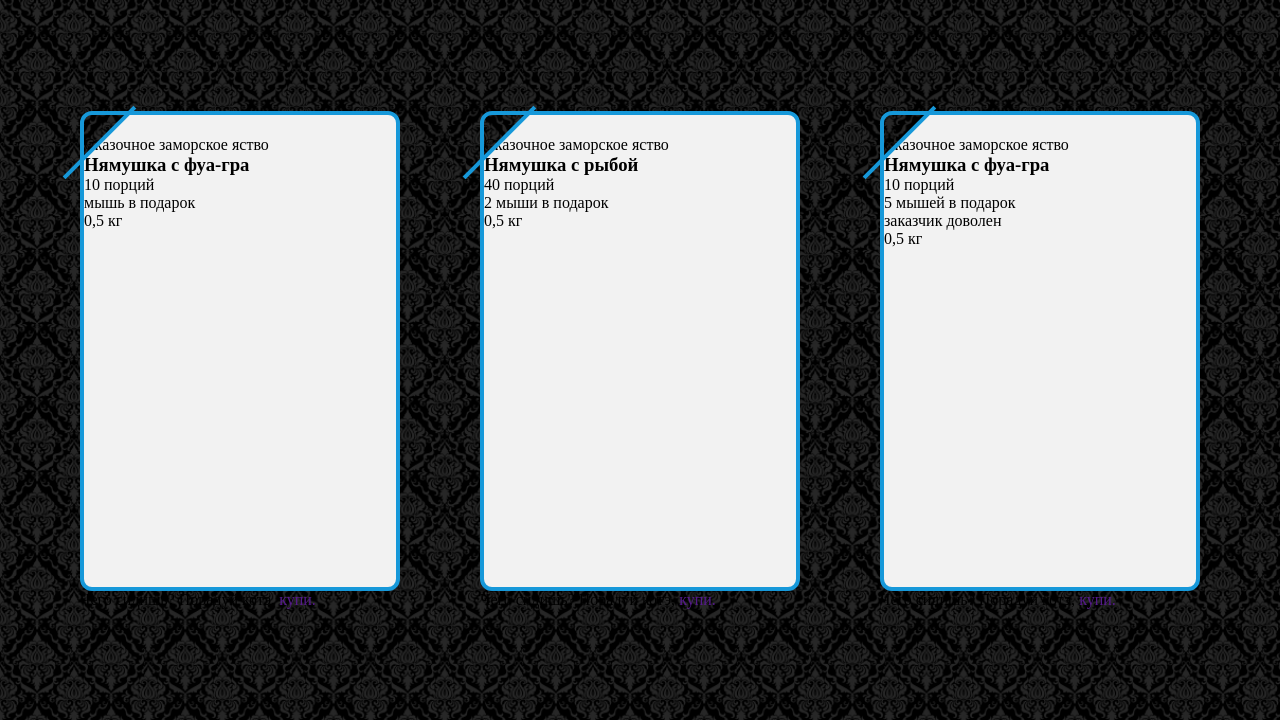
Repository: acbukka/tech-qt
Page: index.html
An editor plug-in stored every save of this project. The page is shown before and after the next save, followed by the edit.
The browser window is 1280 px wide. The pictures show the whole page.

Above is the page before, as saved 2022-06-17 16:56:59.

### index.html
<!DOCTYPE html>
<html lang="en">

<head>
  <meta charset="UTF-8">
  <meta http-equiv="X-UA-Compatible" content="IE=edge">
  <meta name="viewport" content="width=device-width, initial-scale=1.0">
  <title>Template</title>
  <link rel="stylesheet" href="./src/style.css">
</head>

<body class="body">

  <main class="main">
    <div class="container">
      <div class="cards-wrapper">

        <div class="card-inner">
          <div class="card-item">
            <p class="card-item__pre-title">
              Сказочное заморское яство
            </p>
            <h3 class="card-item__title">
              Нямушка
              <span class="card-item__title-span">
                с фуа-гра
              </span>
            </h3>
            <ul class="card-item__pref-list">
              <li class="card-item__pref">
                <span class="card-item__pref-span">10</span> порций
              </li>
              <li class="card-item__pref">
                <span class="card-item__pref-span"></span>мышь в подарок
              </li>
            </ul>
            <div class="card-item__price">0,5 кг</div>
          </div>
          <p class="card-inner__info">
            Чего сидишь? Порадуй котэ, <a href="" class="card-inner__info-link">купи.</a>
          </p>
        </div>

        <div class="card-inner">
          <div class="card-item">
            <p class="card-item__pre-title">
              Сказочное заморское яство
            </p>
            <h3 class="card-item__title">
              Нямушка
              <span class="card-item__title-span">
                с рыбой
              </span>
            </h3>
            <ul class="card-item__pref-list">
              <li class="card-item__pref">
                <span class="card-item__pref-span">40</span> порций
              </li>
              <li class="card-item__pref">
                <span class="card-item__pref-span">2</span> мыши в подарок
              </li>
            </ul>
            <div class="card-item__price">0,5 кг</div>
          </div>
          <p class="card-inner__info">
            Чего сидишь? Порадуй котэ, <a href="" class="card-inner__info-link">купи.</a>
          </p>
        </div>

        <div class="card-inner">
          <div class="card-item">
            <p class="card-item__pre-title">
              Сказочное заморское яство
            </p>
            <h3 class="card-item__title">
              Нямушка
              <span class="card-item__title-span">
                с фуа-гра
              </span>
            </h3>
            <ul class="card-item__pref-list">
              <li class="card-item__pref">
                <span class="card-item__pref-span">10</span> порций
              </li>
              <li class="card-item__pref">
                <span class="card-item__pref-span">5</span> мышей в подарок
              </li>
              <li class="card-item__pref">
                заказчик доволен
              </li>
            </ul>
            <div class="card-item__price">0,5 кг</div>
          </div>
          <p class="card-inner__info">
            Чего сидишь? Порадуй котэ, <a href="" class="card-inner__info-link">купи.</a>
          </p>
        </div>

      </div>
    </div>
  </main>

</body>

</html>

### src/style.css
html {
  -webkit-box-sizing: border-box;
  box-sizing: border-box;
  scroll-behavior: smooth;
}

*,
*::after,
*::before {
  -webkit-box-sizing: inherit;
  box-sizing: inherit;
  -webkit-tap-highlight-color: transparent;
}

ul[class],
ol[class] {
  padding: 0;
}

body,
h1,
h2,
h3,
h4,
h5,
h6,
p,
ul[class],
ol[class],
li,
figure,
figcaption,
blockquote,
dl,
dd {
  margin: 0;
}

ul[class] {
  list-style: none;
}

img {
  max-width: 100%;
  display: block;
}

input,
button,
textarea,
select {
  font: inherit;
}

a {
  text-decoration: none;
}

.body {
  background-image: url(../assets/Pattern.jpg);
  background-repeat: no-repeat;
  background-size: cover;
}

.main {
  height: 100vh;
  display: flex;
  align-items: center;
}

.container {
  margin-top: 50%;
  max-width: 1120px;
  margin: 0 auto;
}

.cards-wrapper {
  width: 1120px;
  display: flex;
  justify-content: space-between;
}

.card-item {
  /* overflow: hidden; */
  position: relative;
  display: block;
  width: 320px;
  height: 480px;
  background-color: #F2F2F2;
  border-top-left-radius: 20% 10%;
  /* border-bottom-left-radius: 20%; */
  border: 4px solid #1698D9;
  /* border-top-left-radius: 4px ; */
  /* border-left: 20px solid #1698D9; */
  border-radius: 12px;
  background: linear-gradient(-225deg, transparent 30px, #F2F2F2 0);
}

.card-item::before {
  /* z-index: 999; */
  /* background-image: url(../assets/Pattern.jpg); */
  content: "";
  position: absolute;
  width: 110px;
  height: 100px;
  /* background: transparent; */
  overflow: hidden;
  left: -24.69%;
  right: 85.8%;
  top: -12.77%;
  bottom: 88.32%;
  border-right: 4px solid #1698D9;
  transform:  rotate(45deg);
}
/* .card-item::before {
  overflow: hidden;
  content: "";
  position: absolute;
  width: 110px;
  height: 100px;
  background: #F2F2F2;
  overflow: hidden;
  left: 0.31%;
  right: 85.8%;
  top: 3.23%;
  bottom: 88.32%;
  border-left: 4px solid #1698D9;
  transform:  rotate(45deg);
} */


.cards-wrapper
.card-inner + .card-inner {
  margin-left: 5rem;
}

.card-item__pre-title {
  margin-top: 21px;
}

After the next save:
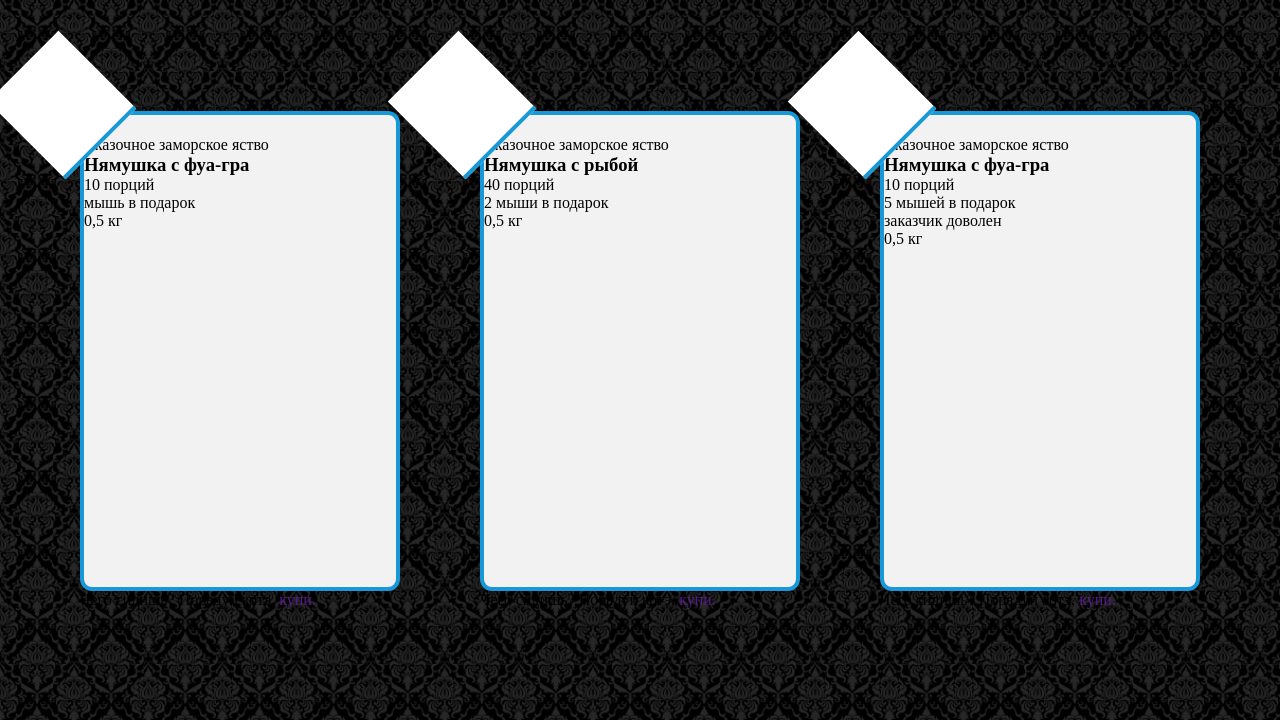
Saved 43 s later.
--- a/src/style.css
+++ b/src/style.css
@@ -100,6 +100,7 @@
   /* z-index: 999; */
   /* background-image: url(../assets/Pattern.jpg); */
   content: "";
+  background:white; filter:alpha(opacity=1);
   position: absolute;
   width: 110px;
   height: 100px;

After the 2 saves that followed:
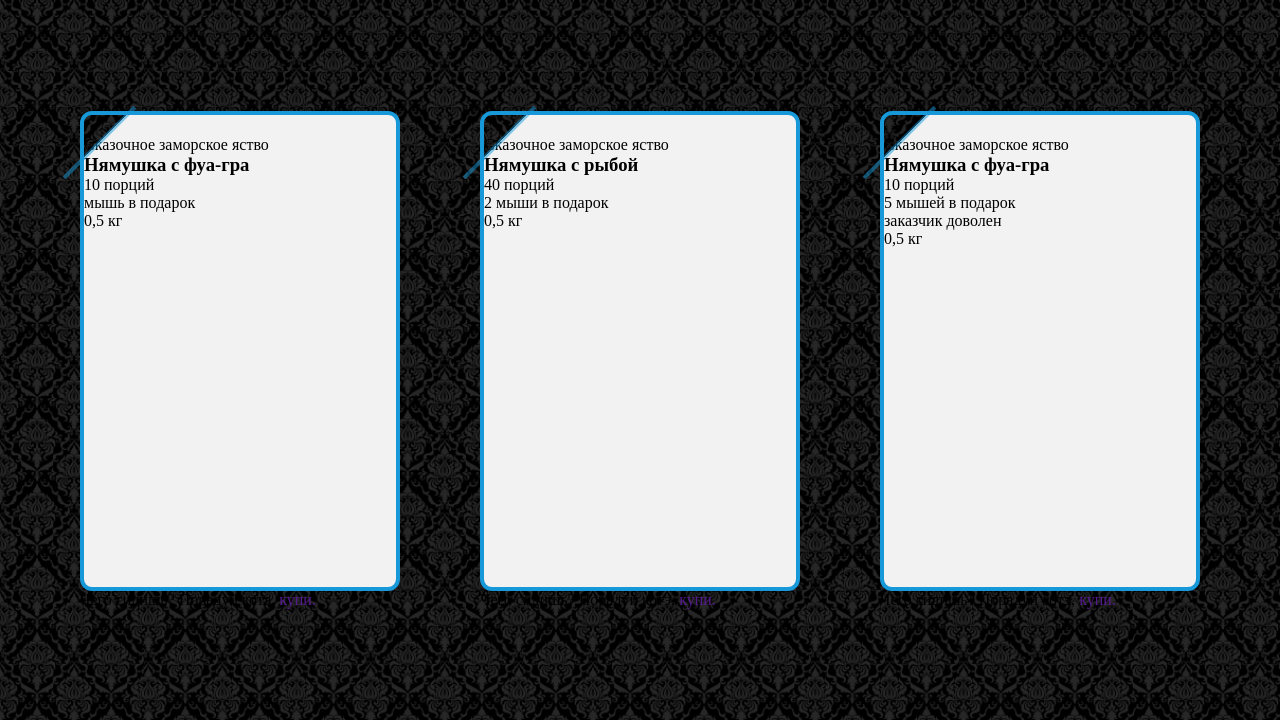
The 2 saves are shown as one change because 1 left the picture as it was.
The last was saved 43 s later.
--- a/src/style.css
+++ b/src/style.css
@@ -100,7 +100,7 @@
   /* z-index: 999; */
   /* background-image: url(../assets/Pattern.jpg); */
   content: "";
-  background:white; filter:alpha(opacity=1);
+  opacity: 0.5;
   position: absolute;
   width: 110px;
   height: 100px;
